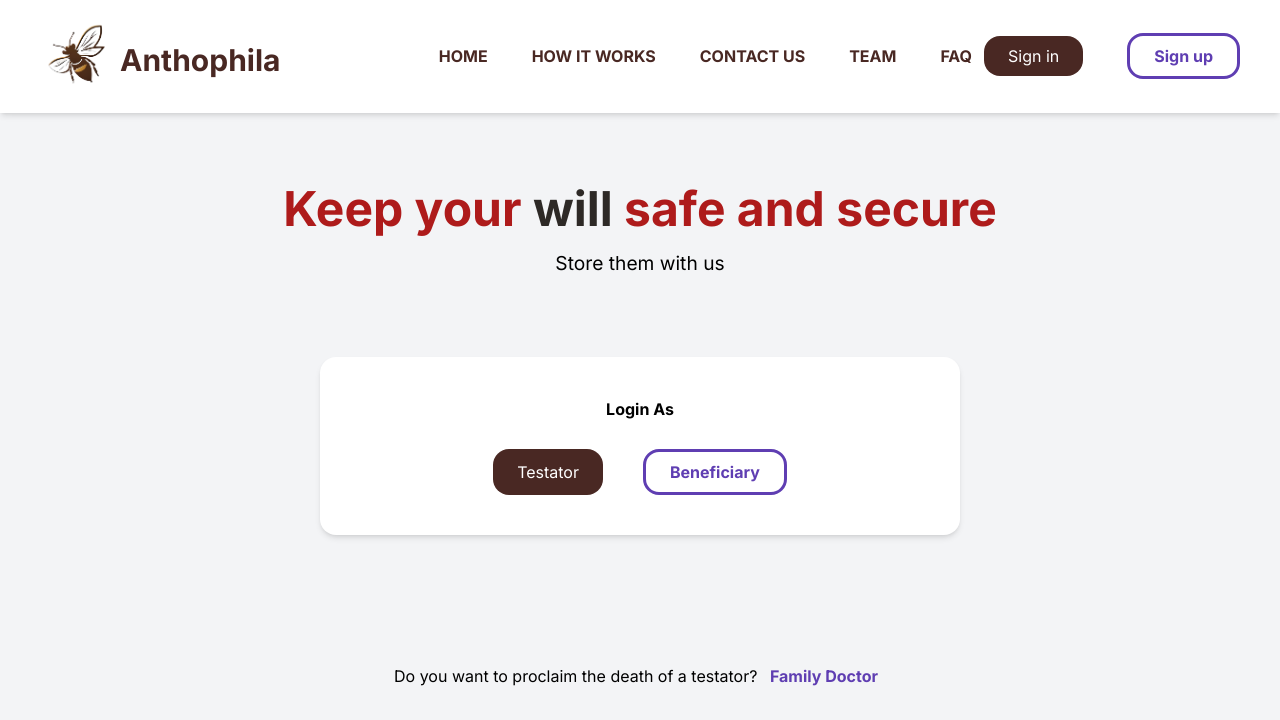
Repository: marcusdashe/anthophila
Page: /
An editor plug-in stored every save of this project. The page is shown before and after the next save, followed by the edit.
The browser window is 1280 px wide. The pictures show the whole page.
The project was rebuilt for these pictures with package versions that can differ from the ones it lists, and the page was loaded fresh each time. The framework's server and built-in components were replaced by stand-ins that run in the browser. Also part of the build but not shown: next.config.js, styles/Home.module.css.

Above is the page before, as saved 2023-03-02 20:50:50.

### pages/_document.js
import { Html, Head, Main, NextScript } from 'next/document'

export default function Document() {
  return (
    <Html lang="en">
      <Head>
        <link rel="preconnect" href="https://fonts.googleapis.com" />
        <link rel="preconnect" href="https://fonts.gstatic.com" crossOrigin />
        <link href="https://fonts.googleapis.com/css2?family=Inter:wght@100;200;300;400;500;600&display=swap" rel="stylesheet" />
      </Head>
      <body>
        <Main />
        <NextScript />
      </body>
    </Html>
  )
}

### pages/index.js
import Head from 'next/head'
import Image from 'next/image'
import { Inter } from '@next/font/google'
import styles from '@/styles/Home.module.css'
import { Nav } from '@/components/Nav'
import Hero from '@/components/Hero'

const inter = Inter({ subsets: ['latin'] })

export default function Home() {
  return (
    <>
      <Head>
        <title>Anthophilia</title>
        <meta name="description" content="decentralized platform for storing will" />
        <meta name="viewport" content="width=device-width, initial-scale=1" />
        <link rel="icon" href="/favicon.ico" />
      </Head>
      <Nav />

      {/* <main className="w-full h-screen bg-cover bg-no-repeat bg-center bg-fixed" style={{backgroundImage: "url('/assets/bg-vintage.png')"}}> */}
      <main className="w-full h-screen">
      <Hero />

      </main>
    </>
  )
}

### styles/globals.css
@tailwind base;
@tailwind components;
@tailwind utilities;


@layer base {
    html {

      font-family: 'Inter', sans-serif;
    }
  }

### components/Nav.jsx
import React, { useState } from 'react'
import Link from 'next/link'
import Button from './Button'
import MenuIcon from '@mui/icons-material/Menu';
import CloseIcon from '@mui/icons-material/Close';

export const Nav = () => {
  let Links = [
    { name: "HOME", link: "/"},
    { name: "HOW IT WORKS", link: "/hiw"},
    { name: "CONTACT US", link: "/contact"},
    { name: "TEAM", link: "/team"},
    { name: "FAQ", link: "/faq"},
  ]
  let [open, setOpen] = useState(false)

  return (
    <div className='md:fixed bg-white bg-opacity-[0.8] backdrop-blur-lg lg:fixed z-50 shadow-md w-full fixed top-0 left-0'>
        <div className='md:flex items-center justify-between bg-white py-4 md:px-10 px-7'>
            <div className='font-bold text-2xl cursor-pointer flex items-center text-gray-80 hover:scale-110 duration-500'>
            <img src="/assets/logo.png" alt="logo" className="object-scale-down h-50 w-20" />
                <span className='text-3xl text-[#492823] mr-1 pt-2 '>
                    Anthophila
                </span>
            </div>
            <div onClick={()=> setOpen(!open)} className='text-3xl absolute right-8 top-6 cursor-pointer md:hidden '>
              {open ? <CloseIcon fontSize='large'/> : <MenuIcon fontSize='large'/>}

            </div>
            <ul className={`md:flex md:items-center md:pb-0 pb-12 absolute md:static bg-white md:z-auto z-[-1] left-0 w-full md:w-auto md:pl-0 pl-9 transition-all duration-500 ease-in ${open ? 'top-20 opacity-100' : 'top-[-490px]'} md:opacity-100 opacity-0`}>
              { Links.map((link, idx) => (
                <li key={link.name} className='md:ml-8 text-md font-bold md:my-0 my-7 hover:scale-110 duration-500'>
                    <Link href={link.link} key={idx} className="text-[#492823] hover:text-[#F5F1F3] duration-500 mr-3 ">{link.name}</Link>
                </li>
              ))}
              <Button isPrimary={true}><Link href= {{pathname : "/signin", query: {"user":"testator"}}}> Sign in </Link></Button>
              <Button isPrimary={false}><Link href={"/signup"}>Sign up</Link></Button>
            </ul>
        </div>
    </div>
  )
}

### components/Hero.jsx
import Link from "next/link";
import React, { useState } from "react";
import Button from "./Button";

const Hero = () => {
  return (
    <div className="bg-gray-100 h-screen flex justify-center items-center flex-col">
      <header className="">
        <div className="max-w-7xl mx-auto px-4 sm:px-6 lg:px-8 flex flex-col items-center justify-center">
          <h1 className="text-5xl font-bold text-[#AE1B1B] text-center mb-4">
            Keep your <span className="text-[#2D2926]">will</span> safe and
            secure
          </h1>
          <p className="text-center text-[1.2rem]">Store them with us</p>
        </div>
      </header>
      <section className=" w-[80%] md:w-[50%] bg-white shadow-md p-10 rounded-2xl flex justify-center items-center flex-col mt-20">
        <p className="font-bold">Login As</p>
        <div className="mt-7 flex flex-row space-x-7 justify-center">
          <Button isPrimary={true}>
            <Link href={{ pathname: "/signin", query: { user: "testator" } }}>
              Testator
            </Link>
          </Button>
          <Button isPrimary={false}>
            <Link
              href={{ pathname: "/signin", query: { user: "beneficiary" } }}
            >
              Beneficiary
            </Link>
          </Button>
        </div>
      </section>
      <p className="w-[70%] text-center fixed bottom-8 md:max-w-100 sm:max-w-50">
        Do you want to proclaim the death of a testator?{" "}
        <Link
          className="text-[#5F3EB2] p-2 font-bold rounded-lg hover:bg-[#D5D0ED] duration-500"
          href={"/proclaimTestatorDeath"}
        >
          Family Doctor
        </Link>
      </p>
    </div>
  );
};

export default Hero;

### components/Button.jsx
import React, {useEffect} from 'react'

const Button = ({isPrimary, children}) => {
 console.log(isPrimary)
  return (
    <>
    {
      isPrimary ?
      <button className="bg-[#492823] w-150 text-white py-2 px-6 rounded-2xl md:mr-3 ml-0 hover:bg-[#D5D0ED] hover:text-[#492823] duration-500 hover:scale-110 duration-500  snm:mr-3">
        {children}
      </button>
    :
      <button className="bg-white w-150 text-[#5F3EB2]  border-[3px] border-[#5F3EB2] font-bold py-2 px-6 rounded-2xl hover:scale-110 duration-500 md:ml-8 duration-500 hover:text-[#492823] duration-500">
        {children}
      </button>

    }
   </>
  )
}
// bg-[] w-150 text-white py-2 px-6 rounded-2xl md:ml-8 hover:bg-[#D5D0ED] hover:text-[#492823] duration-500

export default Button

### tailwind.config.js
/** @type {import('tailwindcss').Config} */

module.exports = {
  content: [
    "./app/**/*.{js,ts,jsx,tsx}",
    "./pages/**/*.{js,ts,jsx,tsx}",
    "./components/**/*.{js,ts,jsx,tsx}",
  ],
  theme: {
    extend: {},
  },
  plugins: [],
}

Loaded but not shown: pages/_app.js (common file); pages/api/hello.js (common file)

After the next save:
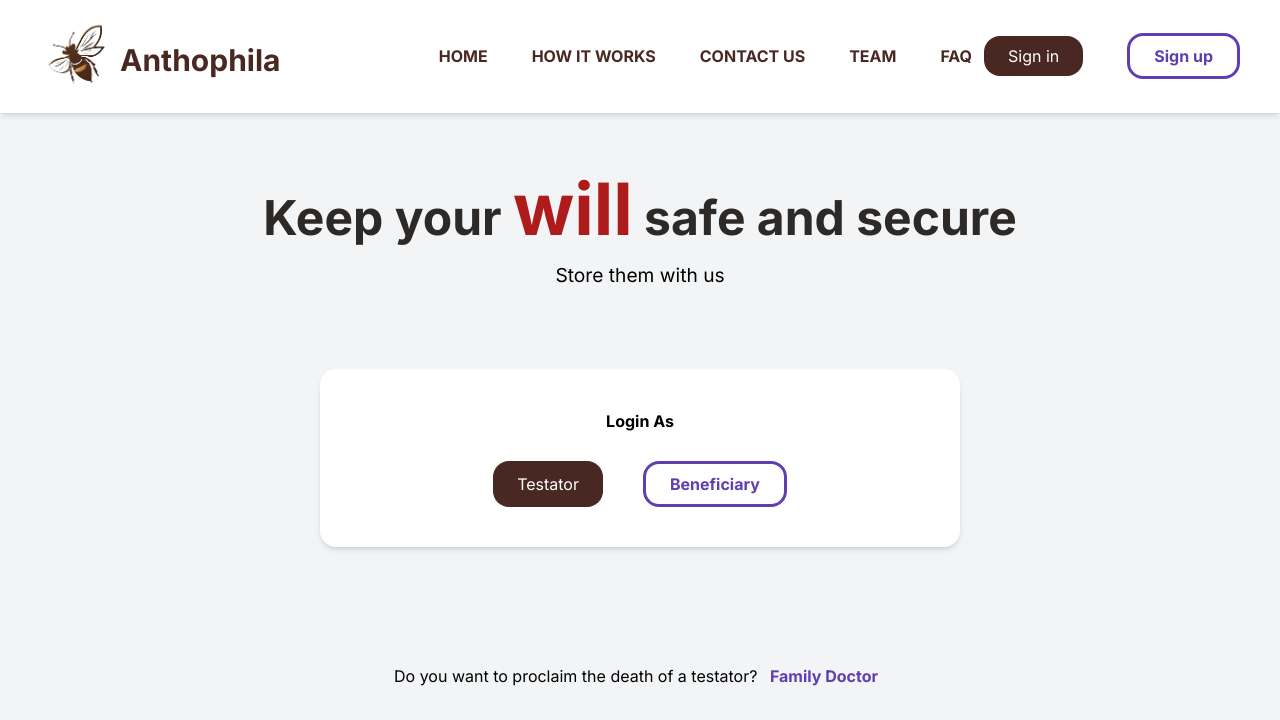
Saved 37 s later.
--- a/components/Hero.jsx
+++ b/components/Hero.jsx
@@ -7,9 +7,9 @@ const Hero = () => {
     <div className="bg-gray-100 h-screen flex justify-center items-center flex-col">
       <header className="">
         <div className="max-w-7xl mx-auto px-4 sm:px-6 lg:px-8 flex flex-col items-center justify-center">
-          <h1 className="text-5xl font-bold text-[#AE1B1B] text-center mb-4">
-            Keep your <span className="text-[#2D2926]">will</span> safe and
-            secure
+          <h1 className="text-5xl font-bold text-[#2D2926]  text-center mb-4">
+            Keep your <span className="text-[#AE1B1B] text-7xl">will</span> safe
+            and secure
           </h1>
           <p className="text-center text-[1.2rem]">Store them with us</p>
         </div>
